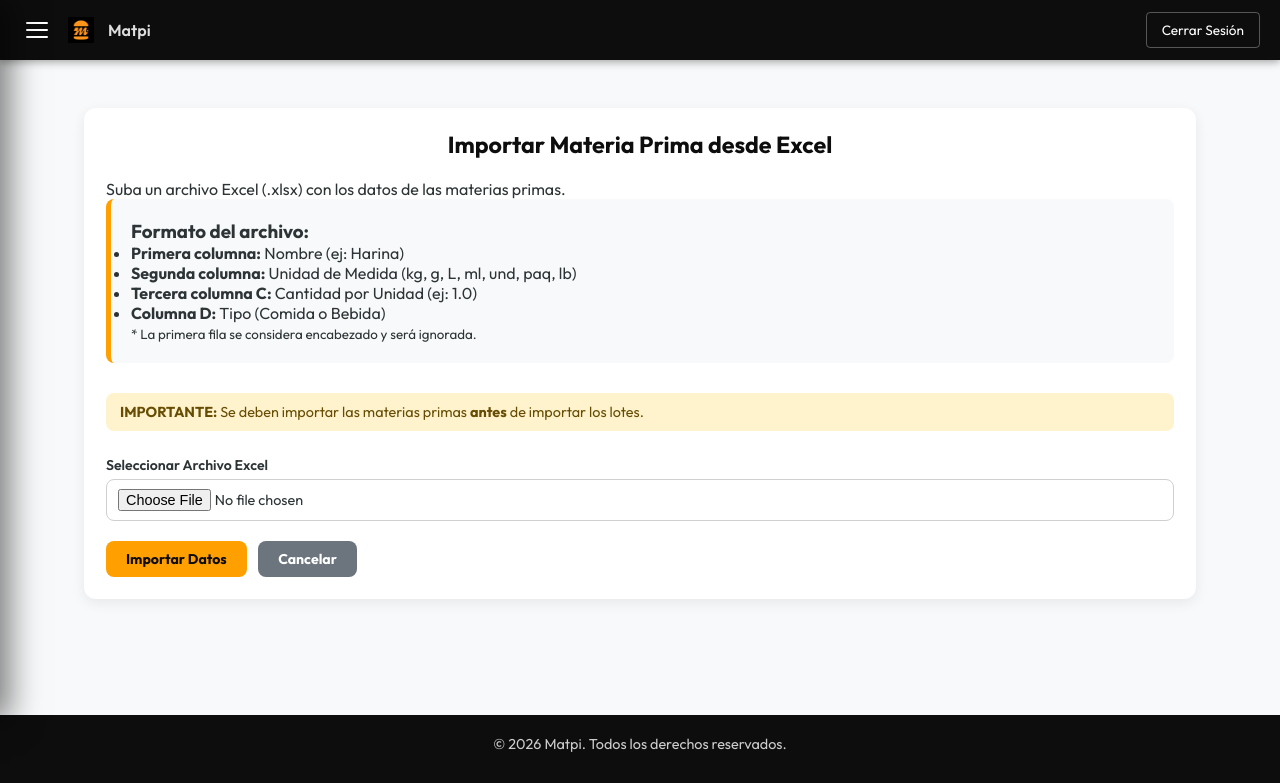
Repository: JuanFelipeNieto/MATPI-Python
Page: MATPI/materia_prima/templates/materia_prima/importar_materia_prima.html
The author's editor kept a copy of each file at every save. The page is drawn from the files as they stood at one save, then again after a run of saves.
The browser window is 1280 px wide. The pictures show the whole page.
The template is drawn by Django 5.2. The application's start-up code is not run. The template is opened directly, without the code that normally fills it, so the values that code supplies are empty.

Above is the page before, as saved 2026-03-21 16:40:50.

After the next 3 saves:
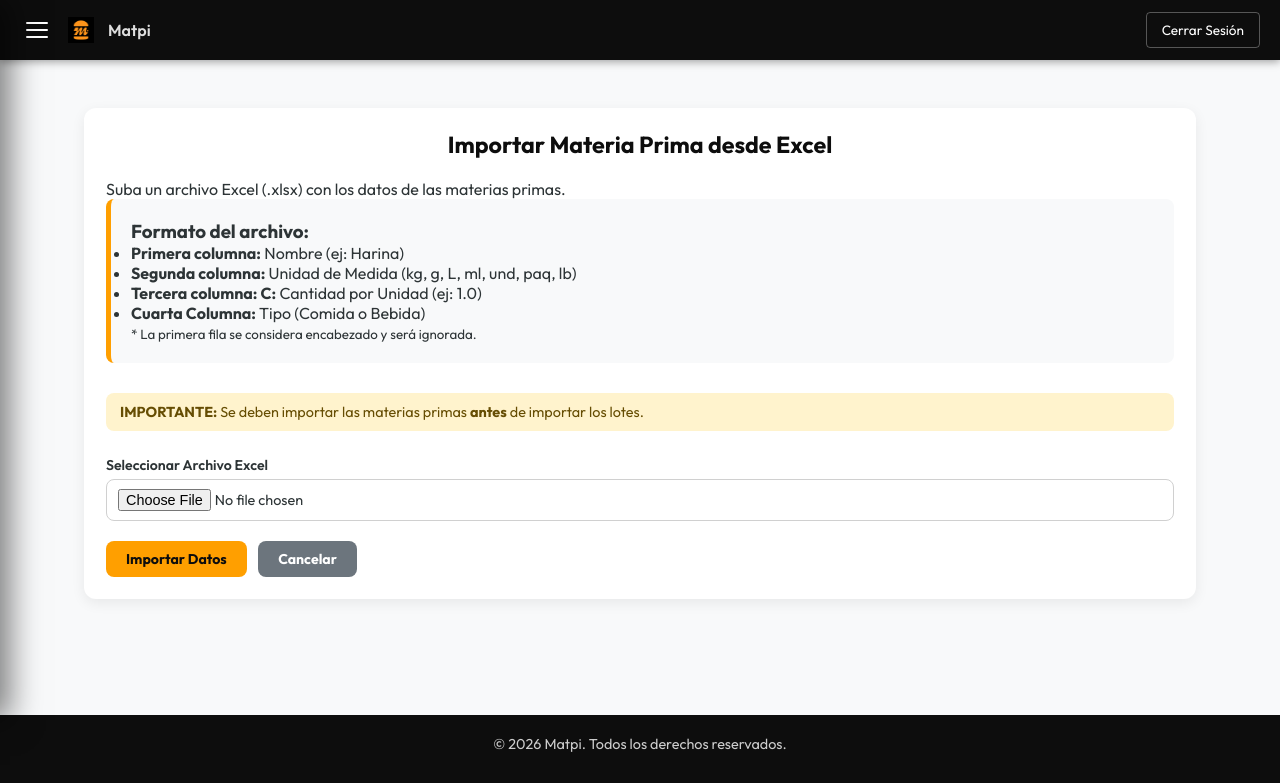
The 3 saves are shown as one change because they came seconds apart.
The last was saved 11 s later.
--- a/MATPI/materia_prima/templates/materia_prima/importar_materia_prima.html
+++ b/MATPI/materia_prima/templates/materia_prima/importar_materia_prima.html
@@ -12,8 +12,8 @@
         <ul>
             <li><strong>Primera columna:</strong> Nombre (ej: Harina)</li>
             <li><strong>Segunda columna:</strong> Unidad de Medida (kg, g, L, ml, und, paq, lb)</li>
-            <li><strong>Tercera columna C:</strong> Cantidad por Unidad (ej: 1.0)</li>
-            <li><strong>Columna D:</strong> Tipo (Comida o Bebida)</li>
+            <li><strong>Tercera columna: C:</strong> Cantidad por Unidad (ej: 1.0)</li>
+            <li><strong>Cuarta Columna:</strong> Tipo (Comida o Bebida)</li>
         </ul>
         <p><small>* La primera fila se considera encabezado y será ignorada.</small></p>
     </div>
